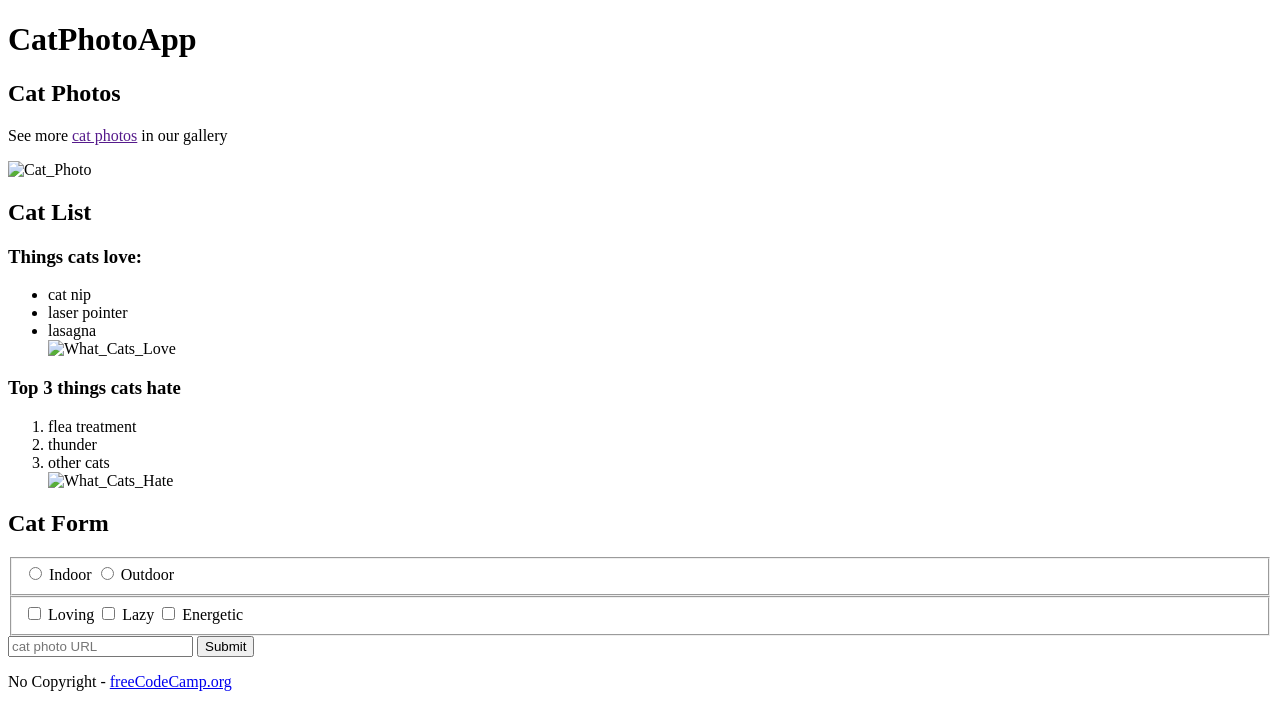
Repository: Lungdjos/cat_photo_app
Page: cat_photo_app/index.html
These files come from the project's save history. The page is drawn as it stood at one moment and after the next save; the edit follows.
The browser window is 1280 px wide. The pictures show the whole page.

Above is the page before, as saved 2023-08-29 17:52:28.

After the next save:
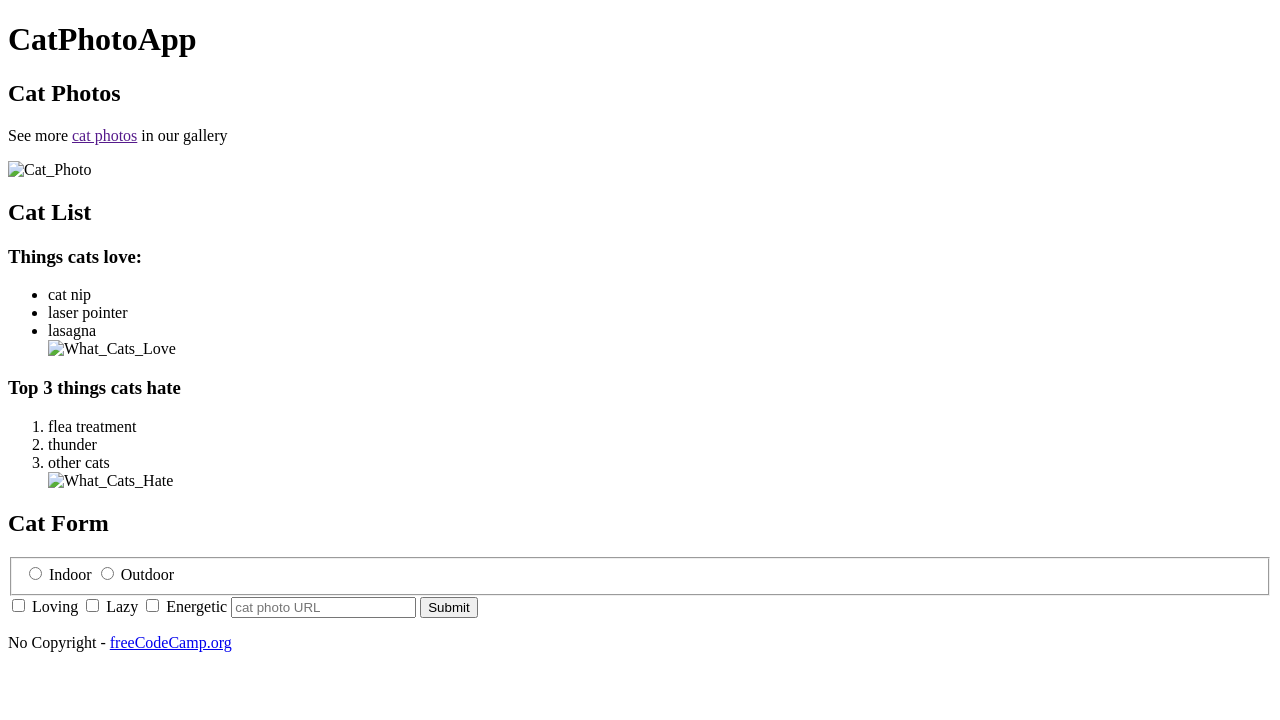
Saved 39 s later.
--- a/cat_photo_app/index.html
+++ b/cat_photo_app/index.html
@@ -36,12 +36,12 @@
             <input type="radio" name="Indoor" value="Indoor" id=""> Indoor
             <input type="radio" name="Outdoor" value="Outdoor" id=""> Outdoor
         </fieldset>
-        <fieldset>
+        <fieldsetl>
             <input type="checkbox" name="" id=""> Loving
             <input type="checkbox" name="" id=""> Lazy
             <input type="checkbox" name="" id=""> Energetic
-        </fieldset>
-        <input type="text" placeholder="cat photo URL" /> <input type="button" value="Submit">
+            </fieldset>
+            <input type="text" placeholder="cat photo URL" /> <input type="button" value="Submit">
     </form>
     <p>No Copyright -
         <a href="https://www.freecodecamp.org/">freeCodeCamp.org</a>

After the 3 saves that followed:
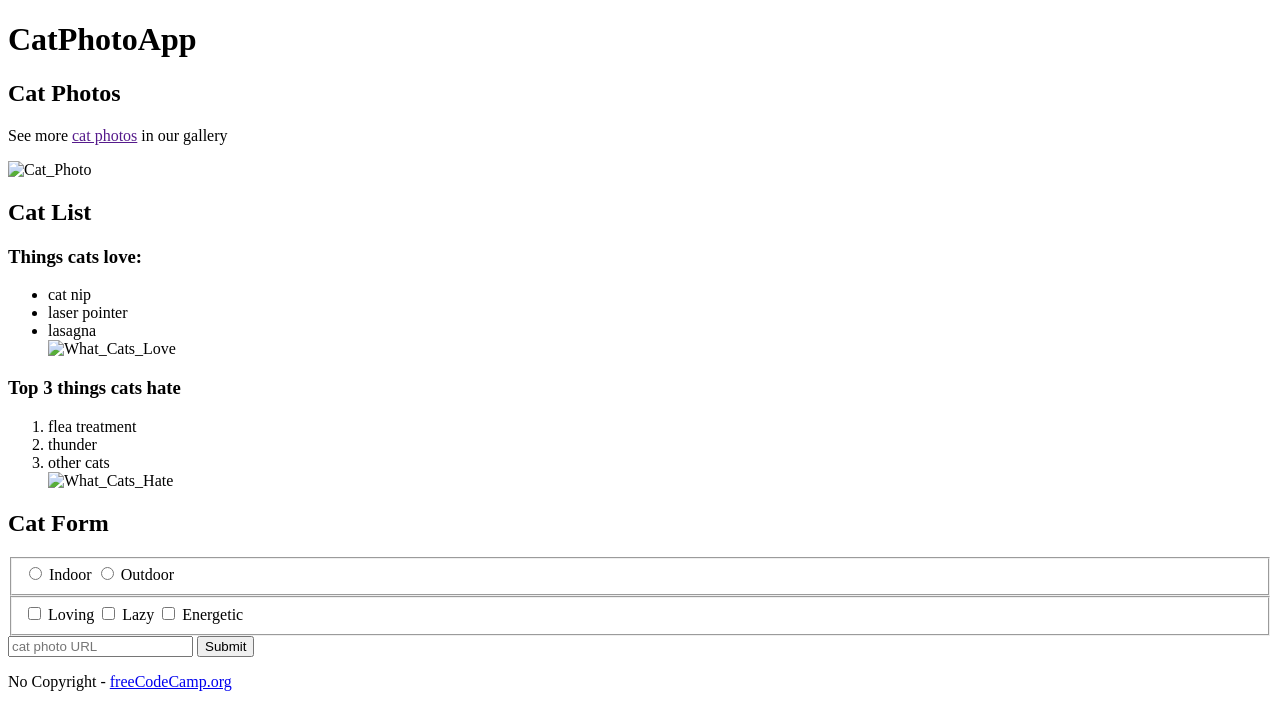
The 3 saves are shown as one change because they came seconds apart.
The last was saved 8 s later.
--- a/cat_photo_app/index.html
+++ b/cat_photo_app/index.html
@@ -36,12 +36,12 @@
             <input type="radio" name="Indoor" value="Indoor" id=""> Indoor
             <input type="radio" name="Outdoor" value="Outdoor" id=""> Outdoor
         </fieldset>
-        <fieldsetl>
+        <fieldset la>
             <input type="checkbox" name="" id=""> Loving
             <input type="checkbox" name="" id=""> Lazy
             <input type="checkbox" name="" id=""> Energetic
-            </fieldset>
-            <input type="text" placeholder="cat photo URL" /> <input type="button" value="Submit">
+        </fieldset>
+        <input type="text" placeholder="cat photo URL" /> <input type="button" value="Submit">
     </form>
     <p>No Copyright -
         <a href="https://www.freecodecamp.org/">freeCodeCamp.org</a>
